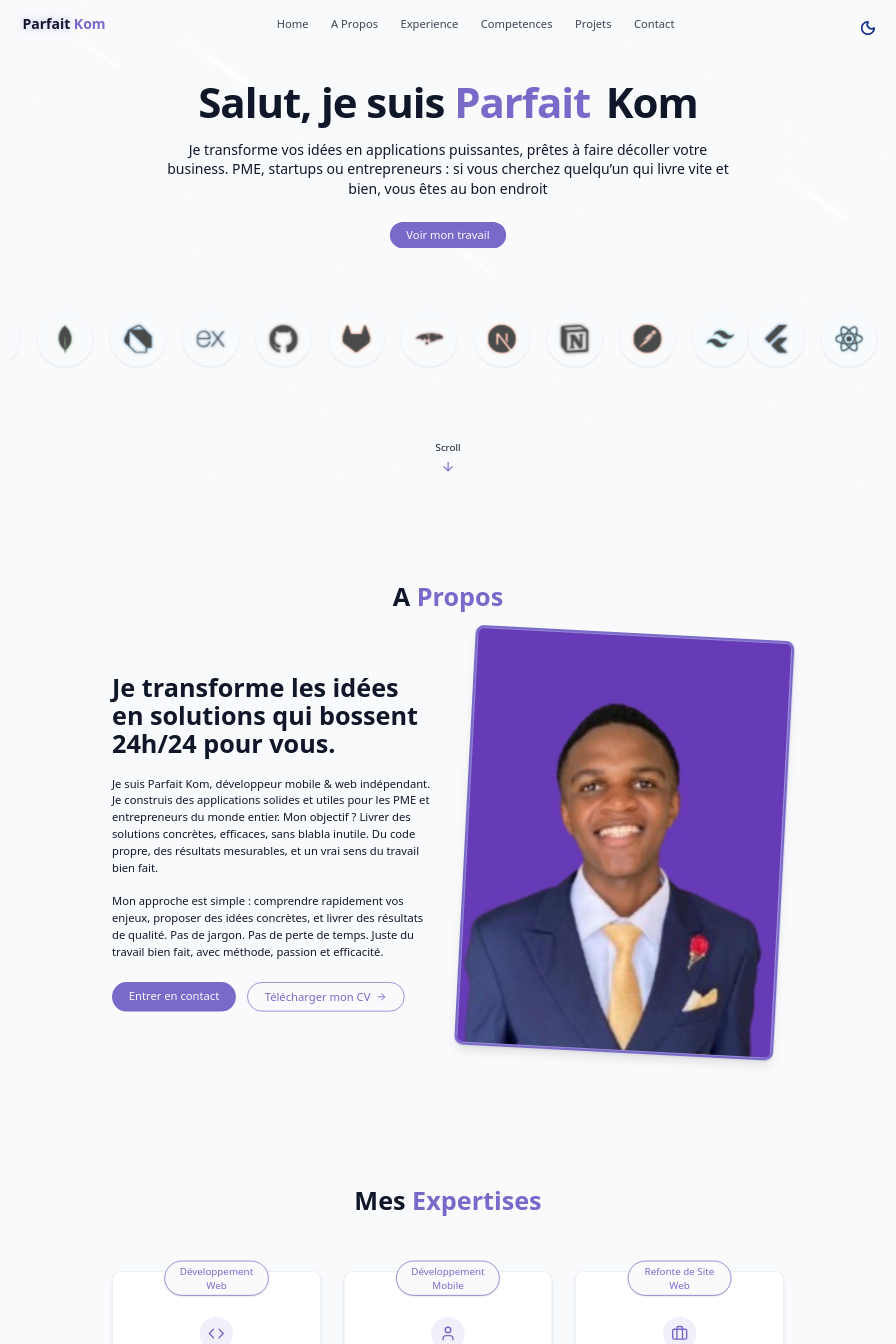
Repository: KOMI18/komi-folio
Page: /
An editor plug-in stored every save of this project. The page is shown before and after a run of saves, followed by the edit.
The browser window is 1280 px wide. The pictures show the part of the page from y = 0 to 1920 px (the page is 6505 px tall), at 70% of full size.
The project was rebuilt for these pictures with package versions that can differ from the ones it lists, and the page was loaded fresh each time. Also part of the build but not shown: vite.config.js, src/pages/NotFound.jsx.

Above is the page before, as saved 2025-06-28 13:29:07.

### index.html
<!doctype html>
<html lang="en">
  <head>
    <meta charset="UTF-8" />
    <link rel="icon" type="image/svg+xml" href="" />
    <meta name="viewport" content="width=device-width, initial-scale=1.0" />
    <title>Parfait Kom</title>
  </head>
  <body>
    <div id="root"></div>
    <script type="module" src="/src/main.jsx"></script>
  </body>
</html>

### src/pages/Home.jsx
import { Navbar } from "../components/Navbar";
import { ThemeToggle } from "../components/ThemeToggle";
import { StarBackground } from "@/components/StarBackground";
import { HeroSection } from "../components/HeroSection";
import { AboutSection } from "../components/AboutSection";
import { SkillsSection } from "../components/SkillsSection";
import { ProjectsSection } from "../components/ProjectsSection";
import { ContactSection } from "../components/ContactSection";
import { Footer } from "../components/Footer";
import {ExperienceSection} from "../components/ExperianceSection"
import { ExpertiseSection } from "../components/ExpertiseSection";
export const Home = () => {
  return (
    <div className="min-h-screen bg-background text-foreground overflow-x-hidden">
      {/* Theme Toggle */}
      <ThemeToggle />
      {/* Background Effects */}
      <StarBackground />

      {/* Navbar */}
      <Navbar />
      {/* Main Content */}
      <main>
        <HeroSection />
        <AboutSection />
        <ExpertiseSection/>
        <ExperienceSection/>
        <SkillsSection />
        <ProjectsSection />
        <ContactSection />
      </main>

      {/* Footer */}
      <Footer />
    </div>
  );
};

### src/components/ui/toaster.jsx
import { useToast } from "@/hooks/use-toast";
import {
  Toast,
  ToastClose,
  ToastDescription,
  ToastProvider,
  ToastTitle,
  ToastViewport,
} from "@/components/ui/toast";

export function Toaster() {
  const { toasts } = useToast();

  return (
    <ToastProvider>
      {toasts.map(function ({ id, title, description, action, ...props }) {
        return (
          <Toast key={id} {...props}>
            <div className="grid gap-1">
              {title && <ToastTitle>{title}</ToastTitle>}
              {description && (
                <ToastDescription>{description}</ToastDescription>
              )}
            </div>
            {action}
            <ToastClose />
          </Toast>
        );
      })}
      <ToastViewport />
    </ToastProvider>
  );
}

### src/components/Navbar.jsx
import { cn } from "@/lib/utils";
import { Menu, X } from "lucide-react";
import { useEffect, useState } from "react";
import { ThemeToggle } from "./ThemeToggle";
const navItems = [
  { name: "Home", href: "#hero" },
  { name: "A Propos", href: "#about" },
  { name: "Experience", href: "#experience" },
  { name: "Competences", href: "#skills" },
  { name: "Projets", href: "#projects" },
  { name: "Contact", href: "#contact" },


];

export const Navbar = () => {
  const [isScrolled, setIsScrolled] = useState(false);
  const [isMenuOpen, setIsMenuOpen] = useState(false);

  useEffect(() => {
    const handleScroll = () => {
      setIsScrolled(window.screenY > 10);
    };

    window.addEventListener("scroll", handleScroll);
    return () => window.removeEventListener("scroll", handleScroll);
  }, []);
  return (
    <nav
      className={cn(
        "fixed w-full z-40 transition-all duration-300",
        isScrolled ? "py-3 bg-background/80 backdrop-blur-md shadow-xs" : "py-5"
      )}
    >
      <div className="container flex items-center justify-between">
        <a
          className="text-xl font-bold text-primary flex items-center"
          href="#hero"
        >
          <span className="relative z-10">
            <span className="text-glow text-foreground"> Parfait  </span>{" "}
            Kom
          </span>
        </a>

        {/* desktop nav */}
        <div className="hidden md:flex space-x-8">
          {navItems.map((item, key) => (
            <a
              key={key}
              href={item.href}
              className="text-foreground/80 hover:text-primary transition-colors duration-300"
            >
              {item.name}
            </a>
          ))}
        </div>

        {/* mobile nav */}

        <div className="flex items-center px-5 justify-end">
          <ThemeToggle />

        <button
          onClick={() => setIsMenuOpen((prev) => !prev)}
          className="md:hidden p-2 text-foreground z-50"
          aria-label={isMenuOpen ? "   Menu" : "Open Menu"}
        >
          {isMenuOpen ? <X size={24} /> : <Menu size={24} />}{" "}
        </button>
        </div>
        <div
          className={cn(
            "fixed inset-0 bg-background/95 backdroup-blur-md z-40 flex flex-col items-center justify-center",
            "transition-all duration-300 md:hidden",
            isMenuOpen
              ? "opacity-100 pointer-events-auto"
              : "opacity-0 pointer-events-none"
          )}
        >
          <div className="flex flex-col space-y-8 text-xl">
            {navItems.map((item, key) => (
              <a
                key={key}
                href={item.href}
                className="text-foreground/80 hover:text-primary transition-colors duration-300"
                onClick={() => setIsMenuOpen(false)}
              >
                {item.name}
              </a>
            ))}
          </div>
        </div>
      </div>
    </nav>
  );
};

### src/components/ThemeToggle.jsx
import { Moon, Sun } from "lucide-react";
import { useEffect, useState } from "react";
import { cn } from "@/lib/utils";

export const ThemeToggle = () => {
  const [isDarkMode, setIsDarkMode] = useState(false);

  useEffect(() => {
    const storedTheme = localStorage.getItem("theme");
    if (storedTheme === "dark") {
      setIsDarkMode(true);
      document.documentElement.classList.add("dark");
    } else {
      localStorage.setItem("theme", "light");
      setIsDarkMode(false);
    }
  }, []);

  const toggleTheme = () => {
    if (isDarkMode) {
      document.documentElement.classList.remove("dark");
      localStorage.setItem("theme", "light");
      setIsDarkMode(false);
    } else {
      document.documentElement.classList.add("dark");
      localStorage.setItem("theme", "dark");
      setIsDarkMode(true);
    }
  };

  return (
    <button
      onClick={toggleTheme}
      className={cn(
        "fixed top-5 right-5 z-30 p-2 rounded-full transition-colors duration-300",
        "focus:outline-none"
      )}
    >
      {isDarkMode ? (
        <Sun className="h-6 w-6 text-yellow-300" />
      ) : (
        <Moon className="h-6 w-6 text-blue-900" />
      )}
    </button>
  );
};

### src/components/StarBackground.jsx
import { useEffect, useState } from "react";

// id, size, x, y, opacity, animationDuration
// id, size, x, y, delay, animationDuration

export const StarBackground = () => {
  const [stars, setStars] = useState([]);
  const [meteors, setMeteors] = useState([]);

  useEffect(() => {
    generateStars();
    generateMeteors();

    const handleResize = () => {
      generateStars();
    };

    window.addEventListener("resize", handleResize);

    return () => window.removeEventListener("resize", handleResize);
  }, []);

  const generateStars = () => {
    const numberOfStars = Math.floor(
      (window.innerWidth * window.innerHeight) / 10000
    );

    const newStars = [];

    for (let i = 0; i < numberOfStars; i++) {
      newStars.push({
        id: i,
        size: Math.random() * 3 + 1,
        x: Math.random() * 100,
        y: Math.random() * 100,
        opacity: Math.random() * 0.5 + 0.5,
        animationDuration: Math.random() * 4 + 2,
      });
    }

    setStars(newStars);
  };

  const generateMeteors = () => {
    const numberOfMeteors = 4;
    const newMeteors = [];

    for (let i = 0; i < numberOfMeteors; i++) {
      newMeteors.push({
        id: i,
        size: Math.random() * 2 + 1,
        x: Math.random() * 100,
        y: Math.random() * 20,
        delay: Math.random() * 15,
        animationDuration: Math.random() * 3 + 3,
      });
    }

    setMeteors(newMeteors);
  };

  return (
    <div className="fixed inset-0 overflow-hidden pointer-events-none z-0">
      {stars.map((star) => (
        <div
          key={star.id}
          className="star animate-pulse-subtle"
          style={{
            width: star.size + "px",
            height: star.size + "px",
            left: star.x + "%",
            top: star.y + "%",
            opacity: star.opacity,
            animationDuration: star.animationDuration + "s",
          }}
        />
      ))}

      {meteors.map((meteor) => (
        <div
          key={meteor.id}
          className="meteor animate-meteor"
          style={{
            width: meteor.size * 50 + "px",
            height: meteor.size * 2 + "px",
            left: meteor.x + "%",
            top: meteor.y + "%",
            animationDelay: meteor.delay,
            animationDuration: meteor.animationDuration + "s",
          }}
        />
      ))}
    </div>
  );
};

### src/components/AboutSection.jsx

import { ArrowRight , Image} from "lucide-react";

export const AboutSection = () => {
  return (
    <section id="about" className="py-24 px-4 bg-background">
       <h2 className="text-3xl md:text-4xl font-bold mb-4 py-4 text-center">
          {" "}
          A <span className="text-primary">Propos</span>
        </h2>
      <div className="container mx-auto max-w-5xl grid grid-cols-1 md:grid-cols-2  gap-12 items-center">
        {/* Image */}
        <div className="order-first md:order-last flex justify-center md:justify-start">
          <div className="w-40 h-40 sm:w-80 sm:h-80 md:w-[500px] md:h-[500px] lg:w-[600px] lg:h-[600px] relative transform rotate-3 rounded-xl overflow-hidden border-4 border-primary shadow-lg transition-transform duration-500 hover:scale-105">
            <img
              src="/projects/parfaitkom.jpeg"
              alt="Parfait Kom"
              className="w-full h-full object-cover"
              width={500}
              height={500}
            />
          </div>
        </div>
        {/* Content */}
        <div className="space-y-6">
          <h2 className="text-3xl md:text-4xl font-bold text-left  md:text-left">
            Je transforme les idées en solutions qui bossent 24h/24 pour vous.
          </h2>

          <p className="text-muted-foreground text-left md:text-left">
            Je suis Parfait Kom, développeur mobile & web indépendant. Je construis des applications solides et utiles pour les PME et entrepreneurs du monde entier. Mon objectif ? Livrer des solutions concrètes, efficaces, sans blabla inutile. Du code propre, des résultats mesurables, et un vrai sens du travail bien fait.
          </p>

          <p className="text-muted-foreground text-left md:text-left">
            Mon approche est simple : comprendre rapidement vos enjeux, proposer des idées concrètes, et livrer des résultats de qualité. Pas de jargon. Pas de perte de temps. Juste du travail bien fait, avec méthode, passion et efficacité.
          </p>

          <div className="flex flex-col sm:flex-row gap-4 pt-2">
            <a href="#contact" className="cosmic-button">
              Entrer en contact
            </a>

            <a
              href="/docs/parfait_kom_cv.pdf"
              download
              className="px-6 py-2 rounded-full border border-primary text-primary hover:bg-primary/10 transition-colors duration-300 flex items-center gap-2"
            >
              Télécharger mon CV <ArrowRight className="w-4 h-4" />
            </a>
          </div>
        </div>
      </div>
    </section>
  );
};

export default AboutSection;

### src/components/SkillsSection.jsx
import { useState } from "react";
import { cn } from "@/lib/utils";

const skills = [
  // Frontend
  { name: "Flutter / Dart", level: 70, category: "frontend" },
  { name: "JavaScript", level: 60, category: "frontend" },
  { name: "React", level: 80, category: "frontend" },
  { name: "Tailwind CSS", level: 90, category: "frontend" },


  // Backend
  { name: "Node.js", level: 80, category: "backend" },
  { name: "Express", level: 75, category: "backend" },
  { name: "MongoDB", level: 70, category: "backend" },

  // Tools
  { name: "Git/GitHub", level: 80, category: "tools" },
  { name: "Postman", level: 80, category: "tools" },
];

const categories = ["Tout", "frontend", "backend", "tools"];

export const SkillsSection = () => {
  const [activeCategory, setActiveCategory] = useState("Tout");

  const filteredSkills = skills.filter(
    (skill) => activeCategory === "Tout" || skill.category === activeCategory
  );
  return (
    <section id="skills" className="py-24 px-4 relative bg-secondary/30">
      <div className="container mx-auto max-w-5xl">
        <h2 className="text-3xl md:text-4xl font-bold mb-12 text-center">
        Mes  <span className="text-primary"> compétences</span>
        </h2>

        <div className="flex flex-wrap justify-center gap-4 mb-12">
          {categories.map((category, key) => (
            <button
              key={key}
              onClick={() => setActiveCategory(category)}
              className={cn(
                "px-5 py-2 rounded-full transition-colors duration-300 capitalize",
                activeCategory === category
                  ? "bg-primary text-primary-foreground"
                  : "bg-secondary/70 text-forefround hover:bd-secondary"
              )}
            >
              {category}
            </button>
          ))}
        </div>

        <div className="grid grid-cols-1 sm:grid-cols-2 lg:grid-cols-3 gap-6">
          {filteredSkills.map((skill, key) => (
            <div
              key={key}
              className="bg-card p-6 rounded-lg shadow-xs card-hover"
            >
              <div className="text-left mb-4">
                <h3 className="font-semibold text-lg"> {skill.name}</h3>
              </div>
              <div className="w-full bg-secondary/50 h-2 rounded-full overflow-hidden">
                <div
                  className="bg-primary h-2 rounded-full origin-left animate-[grow_1.5s_ease-out]"
                  style={{ width: skill.level + "%" }}
                />
              </div>

              <div className="text-right mt-1">
                <span className="text-sm text-muted-foreground">
                  {skill.level}%
                </span>
              </div>
            </div>
          ))}
        </div>
      </div>
    </section>
  );
};

### src/components/Footer.jsx
import { ArrowUp } from "lucide-react";

export const Footer = () => {
  return (
    <footer className="py-12 px-4 bg-card relative border-t border-border mt-12 pt-8 flex flex-wrap justify-between items-center">
      {" "}
      <p className="text-sm text-muted-foreground">
        {" "}
        &copy; {new Date().getFullYear()} Parfait Kom . All rights reserved.
      </p>
      <a
        href="#hero"
        className="p-2 rounded-full bg-primary/10 hover:bg-primary/20 text-primary transition-colors"
      >
        <ArrowUp size={20} />
      </a>
    </footer>
  );
};

### src/components/ExpertiseSection.jsx
import { useEffect } from "react";
import { Code, User, Briefcase } from "lucide-react";

export const ExpertiseSection = () => {
  const services = [
    {
      icon: <Code className="h-6 w-6 text-primary" />,
      title: "Développement Web",
      description:
        "Des sites solides, rapides, pensés pour convaincre et performer. Rien n'est laissé au hasard."
    },
    {
      icon: <User className="h-6 w-6 text-primary" />,
      title: "Développement Mobile",
      description:
        "Des applications mobiles modernes, stables et fluides. Pensées pour vos utilisateurs, conçues pour durer."
    },
    {
      icon: <Briefcase className="h-6 w-6 text-primary" />,
      title: "Refonte de Site Web",
      description:
        "Un site obsolète, c’est un frein. Je repense, restructure et redonne vie à votre présence en ligne."
    }
  ];

  useEffect(() => {
    const observer = new IntersectionObserver(
      (entries) => {
        entries.forEach((entry) => {
          if (entry.isIntersecting) {
            entry.target.classList.add("animate-fade-in-up");
            observer.unobserve(entry.target);
          }
        });
      },
      { threshold: 0.2 }
    );

    const cards = document.querySelectorAll(".expertise-card");
    cards.forEach((card) => observer.observe(card));

    return () => observer.disconnect();
  }, []);

  return (
    <section id="expertise" className="py-24 px-4 bg-background">
      <div className="container max-w-5xl mx-auto text-center">
        <h2 className="text-3xl md:text-4xl font-bold mb-16">
          Mes <span className="text-primary">Expertises</span>
        </h2>

        <div className="grid grid-cols-1 md:grid-cols-3 gap-8 items-end">
          {services.map((service, index) => (
            <div
              key={index}
              className="expertise-card opacity-0 transition-opacity duration-700 ease-out translate-y-4 relative z-10 bg-card border border-border rounded-xl p-6 shadow-md hover:shadow-lg flex flex-col justify-between"
            >
              <div>
                <div className="absolute -top-4 left-1/2 -translate-x-1/2 bg-background px-3 py-1 rounded-full border border-primary text-primary text-sm font-medium shadow">
                  {service.title}
                </div>
                <div className="flex flex-col items-center pt-10 space-y-4">
                  <div className="p-3 rounded-full bg-primary/10">{service.icon}</div>
                  <p className="text-muted-foreground text-sm text-center">
                    {service.description}
                  </p>
                </div>
              </div>
              {index < services.length  && (
                <svg
                  viewBox="0 0 100 50"
                  preserveAspectRatio="none"
                  className="w-full h-8 mt-4"
                >
                  <path
                    d="M0 0 C 50 50, 50 50, 100 0"
                    stroke="#6366f1"
                    strokeWidth="2"
                    fill="none"
                    strokeDasharray="6 4"
                  />
                </svg>
              )}
            </div>
          ))}
        </div>
      </div>
    </section>
  );
};

### src/components/ui/toast.jsx
import * as React from "react";
import * as ToastPrimitives from "@radix-ui/react-toast";
import { cva } from "class-variance-authority";
import { X } from "lucide-react";

import { cn } from "@/lib/utils";

const ToastProvider = ToastPrimitives.Provider;

const ToastViewport = React.forwardRef(({ className, ...props }, ref) => (
  <ToastPrimitives.Viewport
    ref={ref}
    className={cn(
      "fixed top-0 z-100 flex max-h-screen w-full flex-col-reverse p-4 sm:bottom-0 sm:right-0 sm:top-auto sm:flex-col md:max-w-[420px]",
      className
    )}
    {...props}
  />
));
ToastViewport.displayName = ToastPrimitives.Viewport.displayName;

const toastVariants = cva(
  "group pointer-events-auto relative flex w-full items-center justify-between space-x-4 overflow-hidden rounded-md border p-6 pr-8 shadow-lg transition-all data-[swipe=cancel]:translate-x-0 data-[swipe=end]:translate-x-[var(--radix-toast-swipe-end-x)] data-[swipe=move]:translate-x-[var(--radix-toast-swipe-move-x)] data-[swipe=move]:transition-none data-[state=open]:animate-in data-[state=closed]:animate-out data-[swipe=end]:animate-out data-[state=closed]:fade-out-80 data-[state=closed]:slide-out-to-right-full data-[state=open]:slide-in-from-top-full sm:data-[state=open]:slide-in-from-bottom-full",
  {
    variants: {
      variant: {
        default: "border bg-background text-foreground",
        destructive:
          "destructive group border-destructive bg-destructive text-destructive-foreground",
      },
    },
    defaultVariants: {
      variant: "default",
    },
  }
);

const Toast = React.forwardRef(({ className, variant, ...props }, ref) => {
  return (
    <ToastPrimitives.Root
      ref={ref}
      className={cn(toastVariants({ variant }), className)}
      {...props}
    />
  );
});
Toast.displayName = ToastPrimitives.Root.displayName;

const ToastAction = React.forwardRef(({ className, ...props }, ref) => (
  <ToastPrimitives.Action
    ref={ref}
    className={cn(
      "inline-flex h-8 shrink-0 items-center justify-center rounded-md border bg-transparent px-3 text-sm font-medium ring-offset-background transition-colors hover:bg-secondary focus:outline-hidden focus:ring-2 focus:ring-ring focus:ring-offset-2 disabled:pointer-events-none disabled:opacity-50 group-[.destructive]:border-muted/40 hover:group-[.destructive]:border-destructive/30 hover:group-[.destructive]:bg-destructive hover:group-[.destructive]:text-destructive-foreground focus:group-[.destructive]:ring-destructive",
      className
    )}
    {...props}
  />
));
ToastAction.displayName = ToastPrimitives.Action.displayName;

const ToastClose = React.forwardRef(({ className, ...props }, ref) => (
  <ToastPrimitives.Close
    ref={ref}
    className={cn(
      "absolute right-2 top-2 rounded-md p-1 text-foreground/50 opacity-0 transition-opacity hover:text-foreground focus:opacity-100 focus:outline-hidden focus:ring-2 group-hover:opacity-100 group-[.destructive]:text-red-300 hover:group-[.destructive]:text-red-50 focus:group-[.destructive]:ring-red-400 focus:group-[.destructive]:ring-offset-red-600",
      className
    )}
    toast-close=""
    {...props}
  >
    <X className="h-4 w-4" />
  </ToastPrimitives.Close>
));
ToastClose.displayName = ToastPrimitives.Close.displayName;

const ToastTitle = React.forwardRef(({ className, ...props }, ref) => (
  <ToastPrimitives.Title
    ref={ref}
    className={cn("text-sm font-semibold", className)}
    {...props}
  />
));
ToastTitle.displayName = ToastPrimitives.Title.displayName;

const ToastDescription = React.forwardRef(({ className, ...props }, ref) => (
  <ToastPrimitives.Description
    ref={ref}
    className={cn("text-sm opacity-90", className)}
    {...props}
  />
));
ToastDescription.displayName = ToastPrimitives.Description.displayName;

export {
  ToastProvider,
  ToastViewport,
  Toast,
  ToastTitle,
  ToastDescription,
  ToastClose,
  ToastAction,
};

Loaded but not shown: src/main.jsx (common file); src/App.jsx (common file); src/lib/utils.js (common file); src/hooks/use-toast.js (144 lines, source omitted); src/components/ContactSection.jsx (235 lines, source omitted); src/components/ProjectsSection.jsx (136 lines, source omitted); src/components/ExperianceSection.jsx (117 lines, source omitted); src/components/HeroSection.jsx (103 lines, source omitted); src/index.css (214 lines, source omitted)

After the next 2 saves:
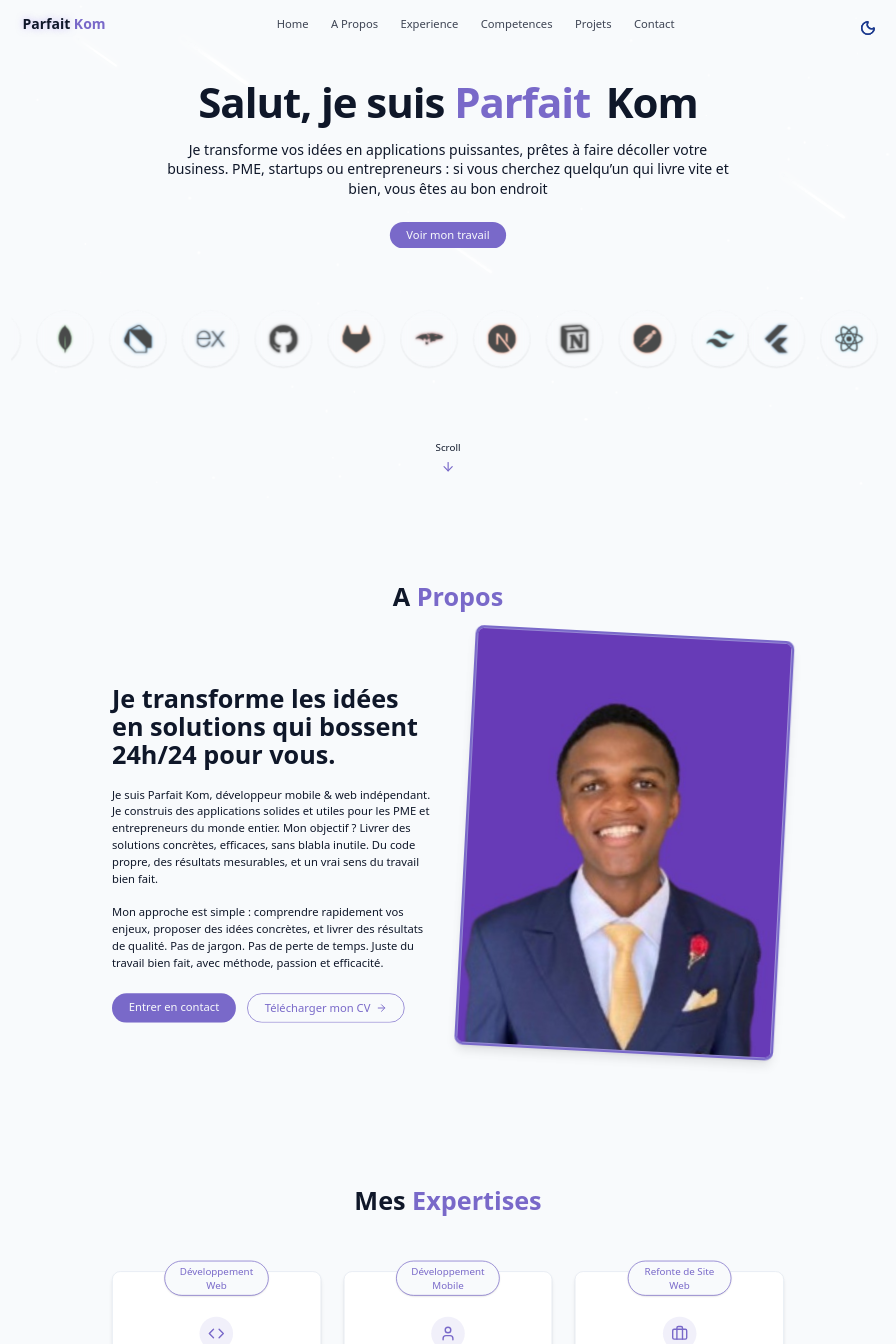
The 2 saves are shown as one change because they came seconds apart.
The last was saved 2 min 23 s later.
--- a/src/components/AboutSection.jsx
+++ b/src/components/AboutSection.jsx
@@ -22,7 +22,7 @@ export const AboutSection = () => {
           </div>
         </div>
         {/* Content */}
-        <div className="space-y-6">
+        <div className="space-y-6 expertise-card opacity-0 transition-opacity duration-700 ease-out translate-y-4">
           <h2 className="text-3xl md:text-4xl font-bold text-left  md:text-left">
             Je transforme les idées en solutions qui bossent 24h/24 pour vous.
           </h2>
